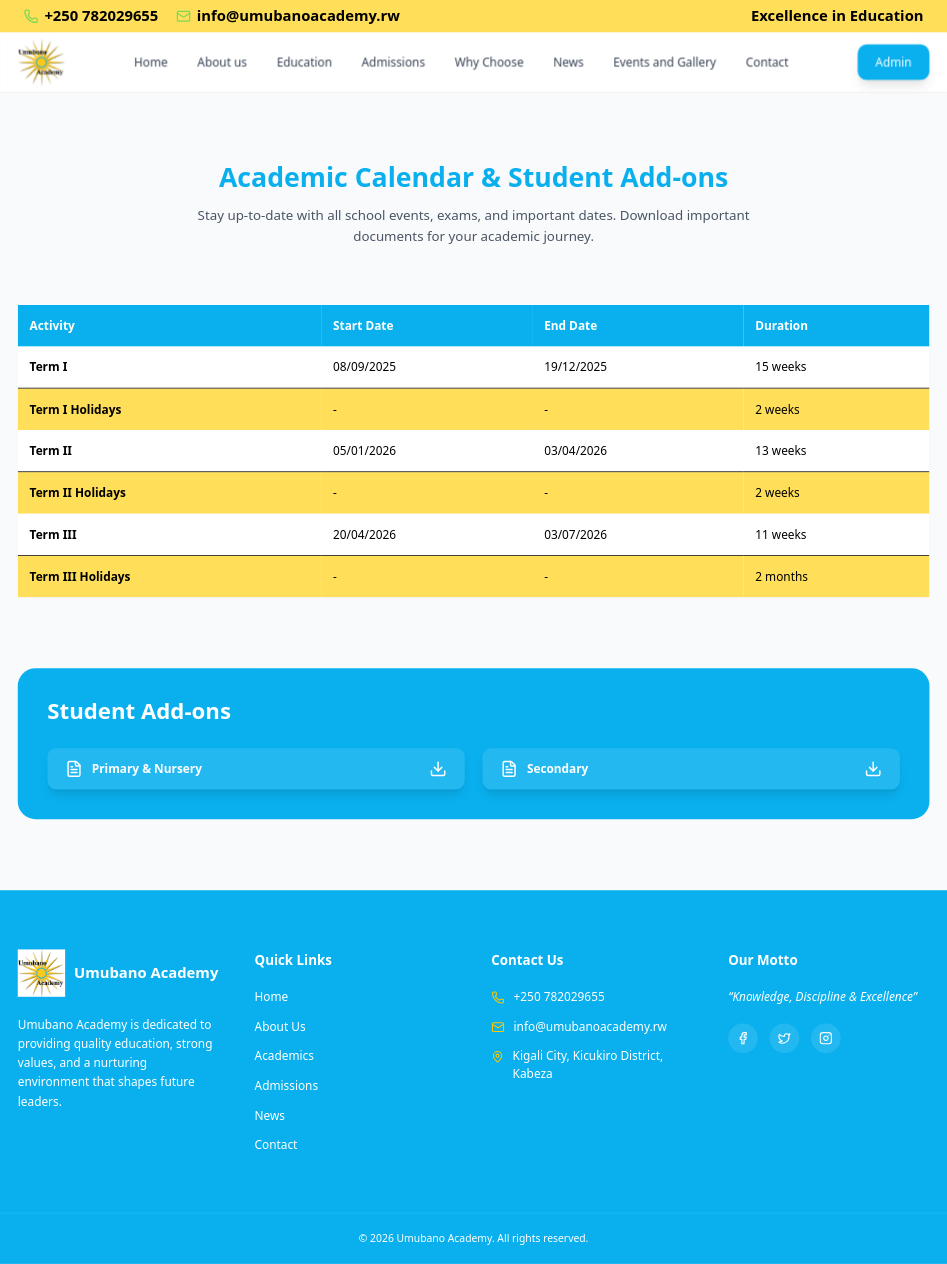
Repository: Umubano-Academy/umubano-academy-website
Page: /academic
The author's editor kept a copy of each file at every save. The page is drawn from the files as they stood at one save, then again after the next save.
The browser window is 1280 px wide. The pictures show the whole page, at 74% of full size.
The project was rebuilt for these pictures with package versions that can differ from the ones it lists, and the page was loaded fresh each time. Also part of the build but not shown: vite.config.js, src/components/guest/Hero.jsx, src/components/guest/Event.jsx, src/components/guest/News.jsx, src/components/guest/Contact.jsx, src/components/guest/WhyCooseUs.jsx, src/components/guest/Home.jsx, src/components/guest/Admission.jsx and 8 more. Imported but missing from the stored project, and not drawn on this page: src/assets/addons/Primary-Enrolment-Handout-2025.pdf, src/assets/addons/Secondary-Enrolment-Handout-2025-2026.pdf.

Above is the page before, as saved 2026-01-20 06:52:27.

### index.html
<!doctype html>
<html lang="en">
  <head>
    <meta charset="UTF-8" />
    <!-- <link rel="icon" type="image/svg+xml" href="/vite.svg" /> -->
    <meta name="viewport" content="width=device-width, initial-scale=1.0" />
    <title>umubano-academy</title>
  </head>
  <body>
    <div id="root"></div>
    <script type="module" src="/src/main.jsx"></script>
  </body>
</html>

### src/App.jsx
import React from 'react'
import { BrowserRouter, Route, Routes } from 'react-router-dom'
import NavBar from './components/guest/NavBar'
import Hero from './components/guest/Hero'
import Event from './components/guest/Event'
import News from './components/guest/News'
import Layout from './components/guest/Layout'
import Home from './components/guest/Home'
import Admission from './components/guest/Admission'
import Academic from './components/guest/Academic'
import About from './components/guest/About'
import LayOut from './components/admin/LayOut'
import Dashboard from './components/admin/pages/Dashboard'
import Login from './components/guest/forms/Login'
import ResetPassword from './components/guest/forms/ResetPassword'


function App() {
  return (
    <BrowserRouter>

    <Routes>
      <Route path='/' element={<Layout />}>
      <Route index element={<Home />} />
      <Route path='/admissions' element={<Admission />} />
      <Route path='/academic' element={<Academic />} />
      <Route path='/aboutus' element={<About />} />
      <Route path='/login' element={<Login />} />
      <Route path="/password-reset" element={<ResetPassword />} />
      </Route>

      <Route path='/admin' element={<LayOut />}>
      <Route index element={<Dashboard />} />
      </Route>
    </Routes>
    </BrowserRouter>

  )
}

export default App

### src/components/guest/NavBar.jsx
import React, { useState } from "react";
import { Menu, X, Phone, Mail, GraduationCap } from "lucide-react";
import { motion, AnimatePresence } from "framer-motion";
import logo from "../../assets/UALOGO.png";
import { Link } from "react-router-dom";

function NavBar() {
  const [open, setOpen] = useState(false);

  const navLinks = [
    { name: "Home", type: "route", path: "/" },
    { name: "About us", type: "route", path: "/aboutus" },
    { name: "Education", type: "route", path: "/academic" },
    { name: "Admissions", type: "route", path: "/admissions" },
    { name: "Why Choose", type: "id", path: "whyus" },
    { name: "News", type: "id", path: "news" },
    { name: "Events and Gallery", type: "id", path: "events" },
    { name: "Contact", type: "id", path: "contact" },
  ];

  return (
    <>
      {/* Top Info Bar */}
      <div className="hidden md:flex justify-between items-center px-8 py-2 bg-[#FFDE59] text-sm">
        <div className="flex items-center gap-6">
          <span className="flex items-center gap-2 text-xl text-black font-bold">
            <Phone size={20} className="text-[#7ED956]" />
            +250 782029655
          </span>

          <span className="flex items-center gap-2 text-xl text-black font-bold">
            <Mail size={20} className="text-[#7ED956]" />
            info@umubanoacademy.rw
          </span>
        </div>

        <span className="text-xl text-black font-bold">
          Excellence in Education
        </span>
      </div>

      {/* Main Navbar */}
      <header className="sticky top-0 z-50 bg-white/80 backdrop-blur-xl shadow-sm">
        <div className="max-w-7xl mx-auto px-6">
          <div className="flex items-center justify-between h-20">
            {/* Logo */}
            <Link to="/" className="flex items-center gap-3">
              <img
                src={logo}
                alt="Umubano Academy Logo"
                className="w-16 h-16 object-contain"
              />
            </Link>

            {/* Desktop Menu */}
            <nav className="hidden lg:flex items-center gap-10">
              {navLinks.map((link) =>
                link.type === "route" ? (
                  <Link
                    key={link.name}
                    to={link.path}
                    className="relative text-gray-700 font-medium hover:text-blue-900 transition group"
                  >
                    {link.name}
                    <span className="absolute left-0 -bottom-1 w-0 h-0.5 bg-blue-900 transition-all group-hover:w-full"></span>
                  </Link>
                ) : (
                  <a
                    key={link.name}
                    href={`#${link.path}`}
                    className="relative text-gray-700 font-medium hover:text-blue-900 transition group"
                  >
                    {link.name}
                    <span className="absolute left-0 -bottom-1 w-0 h-0.5 bg-blue-900 transition-all group-hover:w-full"></span>
                  </a>
                )
              )}
            </nav>

            {/* CTA */}
            <div className="hidden lg:flex">
              <a
                href="/login"
                className="bg-[#0AB0EE] text-white px-6 py-3 rounded-xl font-medium shadow-lg hover:shadow-xl transition"
              >
                Admin
              </a>
            </div>

            {/* Mobile Menu Button */}
            <button
              onClick={() => setOpen(!open)}
              className="lg:hidden text-blue-900"
            >
              {open ? <X size={30} /> : <Menu size={30} />}
            </button>
          </div>
        </div>

        {/* Mobile Menu */}
        <AnimatePresence>
          {open && (
            <motion.div
              initial={{ opacity: 0, y: -20 }}
              animate={{ opacity: 1, y: 0 }}
              exit={{ opacity: 0, y: -20 }}
              transition={{ duration: 0.3 }}
              className="lg:hidden bg-white shadow-xl"
            >
              <div className="flex flex-col px-6 py-6 gap-6">
                {navLinks.map((link) =>
                  link.type === "route" ? (
                    <Link
                      key={link.name}
                      to={link.path}
                      className="text-lg font-medium text-gray-700 hover:text-blue-900"
                      onClick={() => setOpen(false)}
                    >
                      {link.name}
                    </Link>
                  ) : (
                    <a
                      key={link.name}
                      href={`#${link.path}`}
                      className="text-lg font-medium text-gray-700 hover:text-blue-900"
                      onClick={() => setOpen(false)}
                    >
                      {link.name}
                    </a>
                  )
                )}

                <Link
                  to="login"
                  className="mt-4 text-center bg-blue-900 text-white py-3 rounded-xl font-medium"
                >
                  Login
                </Link>
              </div>
            </motion.div>
          )}
        </AnimatePresence>
      </header>
    </>
  );
}

export default NavBar;

### src/components/guest/Layout.jsx
import React from 'react'
import NavBar from './NavBar'
import { Outlet } from 'react-router-dom'
import Footer from './Footer'


function Layout() {
  return (
    <div>
      <NavBar />

      <div>
        <Outlet />
      </div>
      <div>
        <Footer />
      </div>
    </div>
  )
}

export default Layout

### src/components/guest/Academic.jsx
import React from "react"
import { motion } from "framer-motion"
import { FileText, Download } from "lucide-react"

// PDFs
// import  from "../../assets/addons/.pdf"
import secondaryPdf from "../../assets/addons/Secondary-Enrolment-Handout-2025-2026.pdf"
import primaryPdf from "../../assets/addons/Primary-Enrolment-Handout-2025.pdf"

function Academic() {
  const calendar = [
    { activity: "Term I", start: "08/09/2025", end: "19/12/2025", duration: "15 weeks" },
    { activity: "Term I Holidays", start: "-", end: "-", duration: "2 weeks" },
    { activity: "Term II", start: "05/01/2026", end: "03/04/2026", duration: "13 weeks" },
    { activity: "Term II Holidays", start: "-", end: "-", duration: "2 weeks" },
    { activity: "Term III", start: "20/04/2026", end: "03/07/2026", duration: "11 weeks" },
    { activity: "Term III Holidays", start: "-", end: "-", duration: "2 months" },
  ]

  const addons = [
    { title: "Primary & Nursery", file: primaryPdf },
    { title: "Secondary", file: secondaryPdf },
  ]

  return (
    <section className="py-24 bg-gray-50">
      <div className="max-w-7xl mx-auto px-6">

        {/* Header */}
        <motion.div
          initial={{ opacity: 0, y: 30 }}
          whileInView={{ opacity: 1, y: 0 }}
          viewport={{ once: true }}
          transition={{ duration: 0.6 }}
          className="text-center max-w-3xl mx-auto mb-20"
        >
          <h2 className="text-4xl font-bold text-[#0AB0EE] mb-4">
            Academic Calendar & Student Add-ons
          </h2>
          <p className="text-gray-600 text-lg">
            Stay up-to-date with all school events, exams, and important dates.
            Download important documents for your academic journey.
          </p>
        </motion.div>

        {/* Calendar Table */}
        <motion.div
          initial={{ opacity: 0, y: 30 }}
          whileInView={{ opacity: 1, y: 0 }}
          viewport={{ once: true }}
          transition={{ duration: 0.6 }}
          className="overflow-x-auto mb-24"
        >
          <table className="w-full border-collapse bg-white rounded-2xl shadow-lg">
            <thead className="bg-[#0AB0EE] text-white">
              <tr>
                <th className="p-4 text-left">Activity</th>
                <th className="p-4 text-left">Start Date</th>
                <th className="p-4 text-left">End Date</th>
                <th className="p-4 text-left">Duration</th>
              </tr>
            </thead>
            <tbody>
              {calendar.map((row, i) => (
                <tr
                  key={i}
                  className={row.activity.includes("Holidays") ? "bg-[#FFDE59]" : "border-b"}
                >
                  <td className="p-4 font-semibold">{row.activity}</td>
                  <td className="p-4">{row.start}</td>
                  <td className="p-4">{row.end}</td>
                  <td className="p-4">{row.duration}</td>
                </tr>
              ))}
            </tbody>
          </table>
        </motion.div>

        {/* Student Add-ons */}
        <motion.div
          initial={{ opacity: 0, y: 30 }}
          whileInView={{ opacity: 1, y: 0 }}
          viewport={{ once: true }}
          transition={{ duration: 0.6 }}
          className="bg-[#0AB0EE] rounded-3xl p-10 text-white"
        >
          <h3 className="text-3xl font-bold mb-8">Student Add-ons</h3>
          <div className="grid grid-cols-1 md:grid-cols-2 gap-6">
            {addons.map((item, index) => (
              <a
                key={index}
                href={item.file}
                download
                className="flex items-center justify-between bg-white/10 hover:bg-[#FFDE59] hover:text-blue-900 transition px-6 py-4 rounded-xl shadow-lg"
              >
                <div className="flex items-center gap-3">
                  <FileText />
                  <span className="font-semibold">{item.title}</span>
                </div>
                <Download />
              </a>
            ))}
          </div>
        </motion.div>

      </div>
    </section>
  )
}

export default Academic

### src/components/guest/Footer.jsx
import React from "react"
import {
  Phone,
  Mail,
  MapPin,
  Facebook,
  Twitter,
  Instagram,
  GraduationCap,
} from "lucide-react"
import logo from "../../assets/UALOGO.png"

function Footer() {
  return (
    <footer className="bg-[#0AB0EE] text-white">
      <div className="max-w-7xl mx-auto px-6 py-20">

        {/* Top Section */}
        <div className="grid grid-cols-1 md:grid-cols-2 lg:grid-cols-4 gap-12">

          {/* School Info */}
          <div>
            <div className="flex items-center gap-3 mb-6">
              <img src={logo} alt="Umubano Academy Logo" className="w-16 h-16 object-contain" />
              <h3 className="text-xl font-bold text-white">
                Umubano Academy
              </h3>
            </div>
            <p className="text-white leading-relaxed">
              Umubano Academy is dedicated to providing quality education,
              strong values, and a nurturing environment that shapes future
              leaders.
            </p>
          </div>

          {/* Quick Links */}
          <div>
            <h4 className="text-lg font-semibold text-white mb-6">
              Quick Links
            </h4>
            <ul className="space-y-4">
              {[
                "Home",
                "About Us",
                "Academics",
                "Admissions",
                "News",
                "Contact",
              ].map((link) => (
                <li key={link}>
                  <a
                    href={`/${link.toLowerCase().replace(" ", "")}`}
                    className="hover:text-yellow-400 transition"
                  >
                    {link}
                  </a>
                </li>
              ))}
            </ul>
          </div>

          {/* Contact Info */}
          <div>
            <h4 className="text-lg font-semibold text-white mb-6">
              Contact Us
            </h4>
            <ul className="space-y-4">
              <li className="flex items-start gap-3">
                <Phone size={18} className="text-yellow-400 mt-1" />
                <span>+250 782029655</span>
              </li>
              <li className="flex items-start gap-3">
                <Mail size={18} className="text-yellow-400 mt-1" />
                <span>info@umubanoacademy.rw</span>
              </li>
              <li className="flex items-start gap-3">
                <MapPin size={18} className="text-yellow-400 mt-1" />
                <span>
                  Kigali City, Kicukiro District, Kabeza
                </span>
              </li>
            </ul>
          </div>

          {/* Motto & Social */}
          <div>
            <h4 className="text-lg font-semibold text-white mb-6">
              Our Motto
            </h4>
            <p className="italic mb-6">
              “Knowledge, Discipline & Excellence”
            </p>

            <div className="flex gap-4">
              <a
                href="#"
                className="w-10 h-10 bg-white/10 flex items-center justify-center rounded-full hover:bg-yellow-400 hover:text-blue-900 transition"
              >
                <Facebook size={18} />
              </a>
              <a
                href="#"
                className="w-10 h-10 bg-white/10 flex items-center justify-center rounded-full hover:bg-yellow-400 hover:text-blue-900 transition"
              >
                <Twitter size={18} />
              </a>
              <a
                href="#"
                className="w-10 h-10 bg-white/10 flex items-center justify-center rounded-full hover:bg-yellow-400 hover:text-blue-900 transition"
              >
                <Instagram size={18} />
              </a>
            </div>
          </div>

        </div>
      </div>

      {/* Bottom Bar */}
      <div className="border-t border-white/10 py-6 text-center text-sm text-white">
        © {new Date().getFullYear()} Umubano Academy. All rights reserved.
      </div>
    </footer>
  )
}

export default Footer

Loaded but not shown: src/main.jsx (common file); src/index.css (common file)

After the next save:
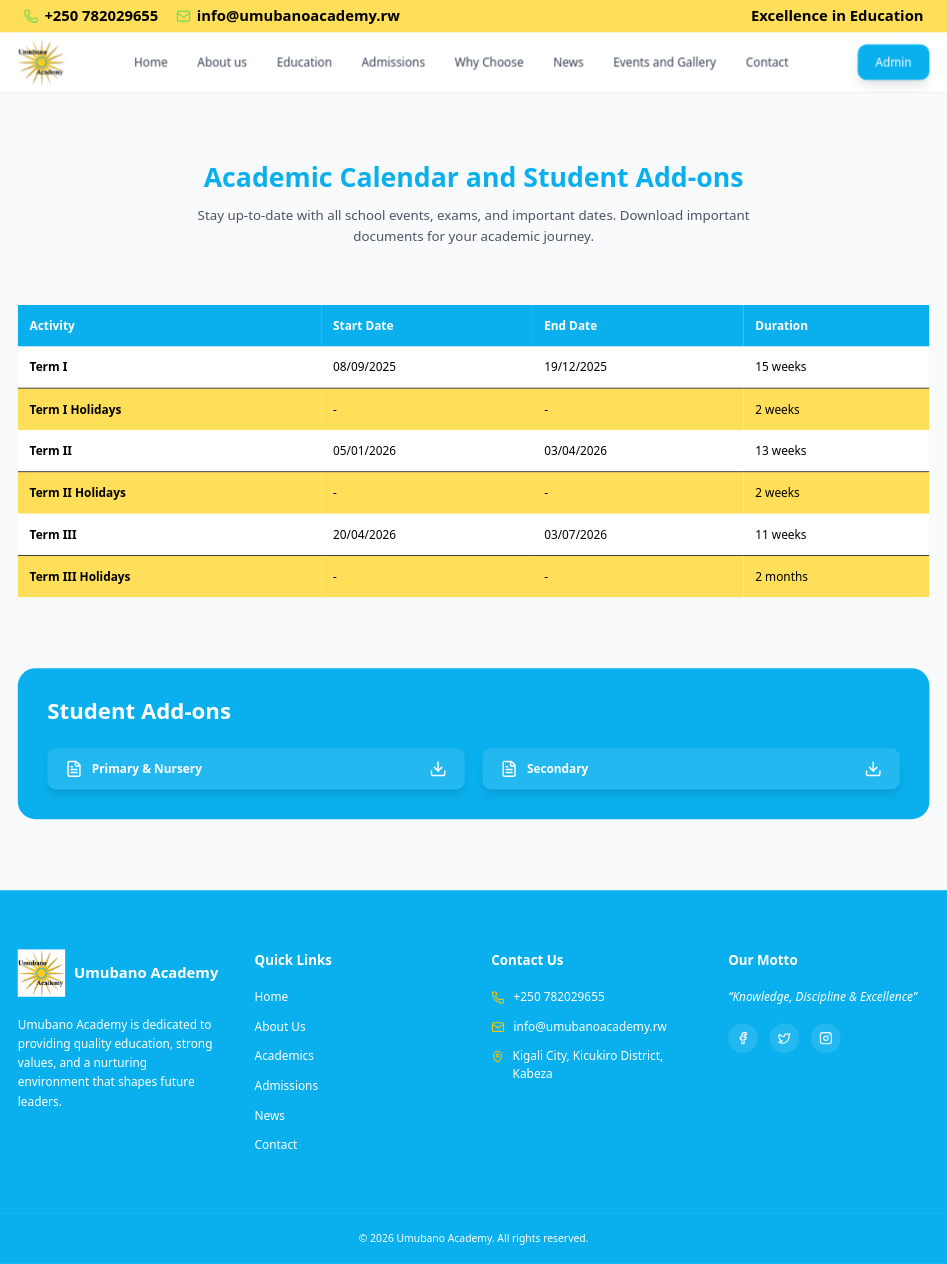
Saved 42 s later.
--- a/src/components/guest/Academic.jsx
+++ b/src/components/guest/Academic.jsx
@@ -35,7 +35,7 @@
           className="text-center max-w-3xl mx-auto mb-20"
         >
           <h2 className="text-4xl font-bold text-[#0AB0EE] mb-4">
-            Academic Calendar & Student Add-ons
+            Academic Calendar and Student Add-ons
           </h2>
           <p className="text-gray-600 text-lg">
             Stay up-to-date with all school events, exams, and important dates.
